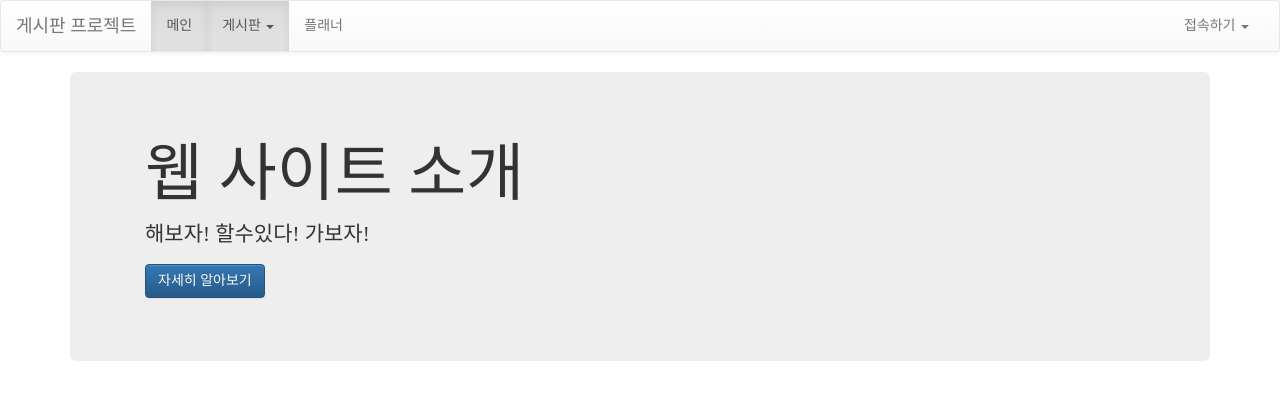
Repository: Seok7975/Project_PlannerSharingBoard
Page: http://localhost/ToDoList공유_게시판_ver3/main.jsp
These files come from the project's save history. The page is drawn as it stood at one moment and after the next save; the edit follows.
The browser window is 1280 px wide. The pictures show the whole page.
Some web fonts or font styles are not loaded; a fallback is used. Some web libraries are served in a nearby version. The page is served by Tomcat 9. Other server files are loaded and not shown.

Above is the page before, as saved 2024-07-04 05:36:53.

### List_Projects_ver3/ToDoList공유 게시판_ver3/src/main/webapp/main.jsp
<%--  <!-- 회원가입화면 -->
<%@ page language="java" contentType="text/html; charset=UTF-8"
    pageEncoding="UTF-8"%>
<%@ page import="java.io.PrintWriter" %>
<!DOCTYPE html>
<html>
<head>
<meta http-equiv="Content-Type" content="text/html; charset=UTF-8">
<meta name="viewport" content="width=device-width, initial-scale=1">
<!-- Latest compiled and minified CSS -->
<link rel="stylesheet" href="https://cdn.jsdelivr.net/npm/bootstrap@3.3.7/dist/css/bootstrap.min.css" integrity="sha384-BVYiiSIFeK1dGmJRAkycuHAHRg32OmUcww7on3RYdg4Va+PmSTsz/K68vbdEjh4u" crossorigin="anonymous">
<!-- Optional theme -->
<link rel="stylesheet" href="https://cdn.jsdelivr.net/npm/bootstrap@3.3.7/dist/css/bootstrap-theme.min.css" integrity="sha384-rHyoN1iRsVXV4nD0JutlnGaslCJuC7uwjduW9SVrLvRYooPp2bWYgmgJQIXwl/Sp" crossorigin="anonymous">
<!-- jQuery (necessary for Bootstrap's JavaScript plugins) -->
<script src="https://code.jquery.com/jquery-3.1.1.min.js"></script>
<!-- Latest compiled and minified JavaScript -->
<script src="https://cdn.jsdelivr.net/npm/bootstrap@3.3.7/dist/js/bootstrap.min.js" integrity="sha384-Tc5IQib027qvyjSMfHjOMaLkfuWVxZxUPnCJA7l2mCWNIpG9mGCD8wGNIcPD7Txa" crossorigin="anonymous"></script>
<title>JSP 게시판 웹 사이트</title>
</head>
<body>
<%
	String userID = null;
	if (session.getAttribute("userID") != null) {
		userID = (String) session.getAttribute("userID");
	}
%>
	<nav class="navbar navbar-default">
		<div class="container-fluid">
			<div class="navbar-header">
				<button type="button" class="navbar-toggle collapsed" data-toggle="collapse" data-target="#bs-example-navbar-collapse-1" aria-expanded="false">
					<span class="sr-only">Toggle navigation</span>
					<span class="icon-bar"></span>
					<span class="icon-bar"></span>
					<span class="icon-bar"></span>
				</button>
				<a class="navbar-brand" href="main.jsp">게시판 프로젝트</a>
			</div>
			<div class="collapse navbar-collapse" id="bs-example-navbar-collapse-1">
				<ul class="nav navbar-nav">
					<li class="active"><a href="main.jsp">메인</a></li>
					<li><a href="bbs.jsp">게시판</a></li>

				</ul>
				<%
					if(userID == null) {
				%>
					<ul class="nav navbar-nav navbar-right">
						<li class="dropdown">
							<a href="#" class="dropdown-toggle" data-toggle="dropdown" role="button" aria-haspopup="true" aria-expanded="false">접속하기 <span class="caret"></span></a>
							<ul class="dropdown-menu">
								<li><a href="login.jsp">로그인</a></li>
								<li><a href="join.jsp">회원가입</a></li>
							</ul>
						</li>
					</ul>
				<%
					} else {
				%>
						<ul class="nav navbar-nav navbar-right">
						<li class="dropdown">
							<a href="#" class="dropdown-toggle" data-toggle="dropdown" role="button" aria-haspopup="true" aria-expanded="false">회원관리<span class="caret"></span></a>
							<ul class="dropdown-menu">
								<li><a href="logoutAction.jsp">로그아웃</a></li>
							</ul>
						</li>
					</ul>
				<%
					}
				%>
			</div>
		</div>
	</nav>
</body>
</html>

  --%>


<%@page import="java.util.List"%>
<%@page import="java.util.ArrayList"%>
<%@ page language="java" contentType="text/html; charset=UTF-8"
    pageEncoding="UTF-8"%>
<!DOCTYPE html>
<html>
<head>
    <meta charset="UTF-8">
    <title>JSP 게시판 웹 사이트</title>
    <link rel="stylesheet" href="https://cdn.jsdelivr.net/npm/bootstrap@3.3.7/dist/css/bootstrap.min.css" integrity="sha384-BVYiiSIFeK1dGmJRAkycuHAHRg32OmUcww7on3RYdg4Va+PmSTsz/K68vbdEjh4u" crossorigin="anonymous">
    <link rel="stylesheet" href="https://cdn.jsdelivr.net/npm/bootstrap@3.3.7/dist/css/bootstrap-theme.min.css" integrity="sha384-rHyoN1iRsVXV4nD0JutlnGaslCJuC7uwjduW9SVrLvRYooPp2bWYgmgJQIXwl/Sp" crossorigin="anonymous">
    <link rel="stylesheet" href="css/bbsStyle.css"> <!-- 외부 CSS 파일 참조 -->
    <script src="https://code.jquery.com/jquery-3.1.1.min.js"></script>
    <script src="https://cdn.jsdelivr.net/npm/bootstrap@3.3.7/dist/js/bootstrap.min.js" integrity="sha384-Tc5IQib027qvyjSMfHjOMaLkfuWVxZxUPnCJA7l2mCWNIpG9mGCD8wGNIcPD7Txa" crossorigin="anonymous"></script>
    <link rel="stylesheet" href="css/jumbotronCustom.css">
</head>
<body>
<%
    String userID = null;
    if (session.getAttribute("userID") != null) {
        userID = (String) session.getAttribute("userID");
    }
%>
    <nav class="navbar navbar-default">
        <div class="container-fluid">
            <div class="navbar-header">
                <button type="button" class="navbar-toggle collapsed" data-toggle="collapse" data-target="#bs-example-navbar-collapse-1" aria-expanded="false">
                    <span class="sr-only">Toggle navigation</span>
                    <span class="icon-bar"></span>
                    <span class="icon-bar"></span>
                    <span class="icon-bar"></span>
                </button>
                <a class="navbar-brand" href="main.jsp">게시판 프로젝트</a>
            </div>
            <div class="collapse navbar-collapse" id="bs-example-navbar-collapse-1">
                <ul class="nav navbar-nav">
                    <li class="active"><a href="main.jsp">메인</a></li>
                    <li class="dropdown active">
	                    <a href="bbs.jsp?bbsCategory=all" role="button" aria-haspopup="true" aria-expanded="false">게시판 <span class="caret"></span></a>
                        <ul class="dropdown-menu">
                            <li><a href="bbs.jsp?bbsCategory=all">전체게시판</a></li>
                            <li><a href="bbs.jsp?bbsCategory=free">자유게시판</a></li>
                            <li><a href="bbs.jsp?bbsCategory=study">공부게시판</a></li>
                            <li><a href="bbs.jsp?bbsCategory=exercise">운동게시판</a></li>
                        </ul>
                    </li>
                    <li><a href="planner/planner.jsp">플래너</a></li> <!-- 플래너 메뉴 추가 -->
                </ul>
                <%
                    if(userID == null) {
                %>
                    <ul class="nav navbar-nav navbar-right">
                        <li class="dropdown">
                            <a href="#" class="dropdown-toggle" data-toggle="dropdown" role="button" aria-haspopup="true" aria-expanded="false">접속하기 <span class="caret"></span></a>
                            <ul class="dropdown-menu">
                                <li><a href="joinAndLogin/login.jsp">로그인</a></li>
                                <li><a href="joinAndLogin/join.jsp">회원가입</a></li>
                            </ul>
                        </li>
                    </ul>
                <%
                    } else {
                %>
                        <ul class="nav navbar-nav navbar-right">
                        <li class="dropdown">
                            <a href="#" class="dropdown-toggle" data-toggle="dropdown" role="button" aria-haspopup="true" aria-expanded="false">회원관리<span class="caret"></span></a>
                            <ul class="dropdown-menu">
                                <li><a href="profile.jsp">My Profile</a></li> <!-- My Profile 메뉴 추가 -->
                                <li><a href="joinAndLogin/logoutAction.jsp">로그아웃</a></li>
                            </ul>
                        </li>
                    </ul>
                <%
                    }
                %>
            </div>
        </div>
    </nav>

    <div class="container">
        <% if (userID != null) { %>
            <div class="alert alert-info" role="alert" style="margin-top: 20px;">
                <strong>로그인한 사용자:</strong> <%= userID %>
            </div>
        <% } %>
    	<div class="jumbotron">
    		<div class="container">
    			<h1>웹 사이트 소개</h1>
    			<p>해보자! 할수있다! 가보자!</p>
    			<p><a class="btn btn-primary btn-pull" href="#" role="button">자세히 알아보기</a>
    		</div>
    	</div>
    </div>
</body>
</html>

### List_Projects_ver3/ToDoList공유 게시판_ver3/src/main/webapp/css/bbsStyle.css
@charset "UTF-8";
/* body {
     background-color: #e0f7fa;   생동감 있는 옅은 파란색 배경
} */

a, a:hover {
    color : #000000;
    text-decoration: none;
}

.table {
    width: 100%;
    table-layout: fixed;
    border-collapse: collapse;
}

.table th.number-col {
    width: 8%;
}
.table th.title-col {
    width: 45%;
}
.table th.writer-col {
    width: 14%;
}

.table th.date-col {
	width: 15%;
}

.table th.viewCount-col {
	width: 8%;
}

.table th, .table td {
	/* border: 1px solid #ddd; */
	white-space: nowrap;
	overflow: hidden;
	text-overflow: ellipsis;
}

.table td {
    text-align: center;
    /* border: 1px solid #dddddd; */
       background-color: #fefefe;
}

### List_Projects_ver3/ToDoList공유 게시판_ver3/src/main/webapp/css/jumbotronCustom.css

@import url(http://fonts.googleapis.com/earlyaccess/nanumgothic.css);
@import url(http://fonts.googleapis.com/earlyaccess/hanna.css);
* {
	font-family : 'Nanum Gothic';
}

h1 {
	font-family : 'Hanna';
}

After the next save:
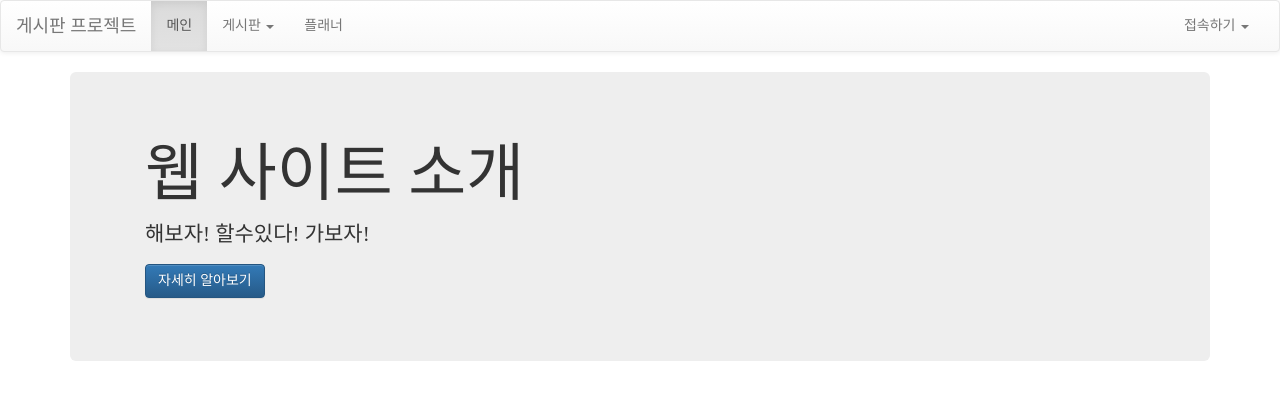
Saved 24 s later.
--- a/List_Projects_ver3/ToDoList공유 게시판_ver3/src/main/webapp/main.jsp
+++ b/List_Projects_ver3/ToDoList공유 게시판_ver3/src/main/webapp/main.jsp
@@ -113,7 +113,7 @@
             <div class="collapse navbar-collapse" id="bs-example-navbar-collapse-1">
                 <ul class="nav navbar-nav">
                     <li class="active"><a href="main.jsp">메인</a></li>
-                    <li class="dropdown active">
+                    <li class="dropdown">
 	                    <a href="bbs.jsp?bbsCategory=all" role="button" aria-haspopup="true" aria-expanded="false">게시판 <span class="caret"></span></a>
                         <ul class="dropdown-menu">
                             <li><a href="bbs.jsp?bbsCategory=all">전체게시판</a></li>
